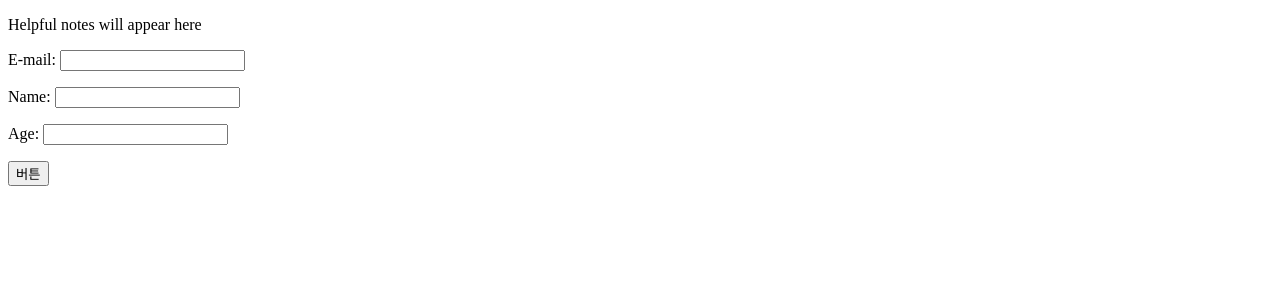
Repository: LeeHyoun/pollytec
Page: workspace2/JavaScript/WebContent/privateFunction.html
These files come from the project's save history. The page is drawn as it stood at one moment and after the next save; the edit follows.
The browser window is 1280 px wide. The pictures show the whole page.

Above is the page before, as saved 2015-04-02 02:05:06.
Console error: TypeError: Cannot set properties of null (setting 'onfocus')

### workspace2/JavaScript/WebContent/privateFunction.html
<!DOCTYPE html>
<html>
<head>
<meta charset="UTF-8">
<title>Insert title here</title>
</head>

<script type="text/javascript">
/*function () {

	 function btn() {
		var Counter = (function()
				{
					  var privateCounter = 0;

					  function changeBy(val) {
					    privateCounter += val;
					  }

					  return {
						    increment: function() {
						      changeBy(1);
						    },
						    decrement: function() {
						      changeBy(-1);
						    },
						    value: function() {
						      return privateCounter;
						    }
					  }
				})();

		alert(Counter.value()); // 0
		Counter.increment();
		Counter.increment();
		alert(Counter.value()); // 2
		Counter.decrement();
		alert(Counter.value()); // 1

	} */

	function showHelp(help) {
		  document.getElementById('help').innerHTML = help;
		}

		function makeHelpCallback(help) {
		  return function() {
		    showHelp(help);
		  };
		}

		function setupHelp() {
		  var helpText = [
		      {'id': 'email', 'help': 'Your e-mail address'},
		      {'id': 'name', 'help': 'Your full name'},
		      {'id': 'age', 'help': 'Your age (you must be over 16)'}
		    ];

		  for (var i = 0; i < helpText.length; i++) {
		    var item = helpText[i];
		    document.getElementById(item.id).onfocus =
		       makeHelpCallback(item.help);
		  }
		}

		setupHelp();
</script>



<body>
<p id="help">Helpful notes will appear here</p>
<p>E-mail: <input type="text" id="email" name="email"></p>
<p>Name: <input type="text" id="name" name="name"></p>
<p>Age: <input type="text" id="age" name="age"></p>

<input type="button" id="btn" value="버튼" onclick="btn();">
</body>
</html>

After the next save:
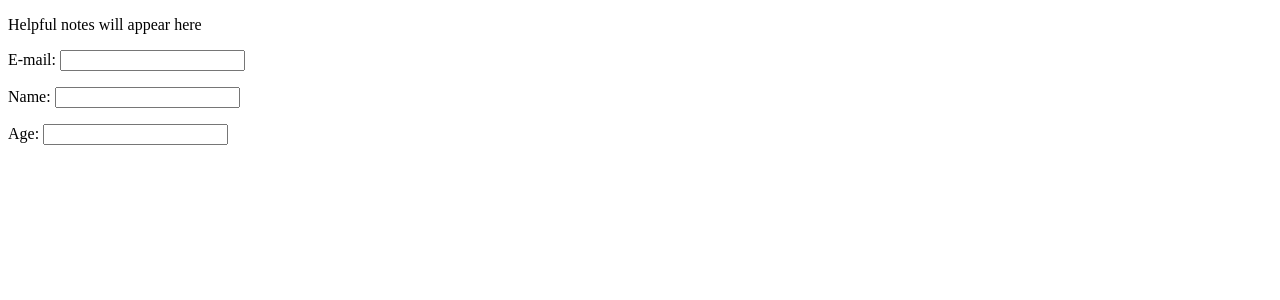
The error is gone.
Saved 41 s later.
--- a/workspace2/JavaScript/WebContent/privateFunction.html
+++ b/workspace2/JavaScript/WebContent/privateFunction.html
@@ -39,31 +39,7 @@
 
 	} */
 
-	function showHelp(help) {
-		  document.getElementById('help').innerHTML = help;
-		}
 
-		function makeHelpCallback(help) {
-		  return function() {
-		    showHelp(help);
-		  };
-		}
-
-		function setupHelp() {
-		  var helpText = [
-		      {'id': 'email', 'help': 'Your e-mail address'},
-		      {'id': 'name', 'help': 'Your full name'},
-		      {'id': 'age', 'help': 'Your age (you must be over 16)'}
-		    ];
-
-		  for (var i = 0; i < helpText.length; i++) {
-		    var item = helpText[i];
-		    document.getElementById(item.id).onfocus =
-		       makeHelpCallback(item.help);
-		  }
-		}
-
-		setupHelp();
 </script>
 
 
@@ -73,7 +49,5 @@
 <p>E-mail: <input type="text" id="email" name="email"></p>
 <p>Name: <input type="text" id="name" name="name"></p>
 <p>Age: <input type="text" id="age" name="age"></p>
-
-<input type="button" id="btn" value="버튼" onclick="btn();">
 </body>
 </html>
